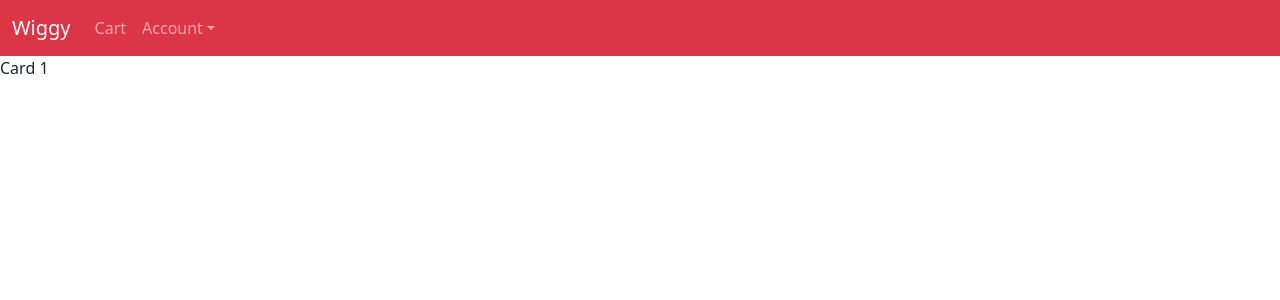
Repository: MohammadGulshan/wiggy
Page: / (app in client/)
An editor plug-in stored every save of this project. The page is shown before and after the next save, followed by the edit.
The browser window is 1280 px wide. The pictures show the whole page.
The project was rebuilt for these pictures with package versions that can differ from the ones it lists, and the page was loaded fresh each time. Also part of the build but not shown: client/src/App.css.

Above is the page before, as saved 2020-12-11 03:04:50.

### client/src/index.js
import React from 'react';
import ReactDOM from 'react-dom';
import App from './App';
import reportWebVitals from './reportWebVitals';

ReactDOM.render(
  <React.StrictMode>
    <App />
  </React.StrictMode>,
  document.getElementById('root')
);

// If you want to start measuring performance in your app, pass a function
// to log results (for example: reportWebVitals(console.log))
// or send to an analytics endpoint. Learn more: https://bit.ly/CRA-vitals
reportWebVitals();

### client/src/App.js
import 'bootstrap/dist/css/bootstrap.min.css';
import './App.css';

import AppNavbar from './components/AppNavbar';
import AppCards from './components/AppCards';

function App() {
  return (
    <div className="App">
      <AppNavbar />
      <AppCards />
    </div>
  );
}

export default App;

### client/src/components/AppNavbar.js
import React from "react";
import {
  Collapse,
  Navbar,
  NavbarToggler,
  NavbarBrand,
  Nav,
  NavItem,
  NavLink,
  UncontrolledDropdown,
  DropdownToggle,
  DropdownMenu,
  DropdownItem,
  NavbarText,
} from "reactstrap";

const AppNavbar = (props) => {
  let isOpen = false;
  const toggle = () => isOpen = !isOpen;
  return (
    <div>
      <Navbar color="danger" dark expand="md">
        <NavbarBrand href="/">Wiggy</NavbarBrand>
        <NavbarToggler onClick={toggle} />
        <Collapse isOpen={isOpen} navbar>
          <Nav className="ml-auto" navbar>
            <NavItem>
              <NavLink href="/cart">Cart</NavLink>
            </NavItem>
            <UncontrolledDropdown nav inNavbar>
              <DropdownToggle nav caret>
                Account
              </DropdownToggle>
              <DropdownMenu right>
                <DropdownItem>
                  Profile
                </DropdownItem>
                <DropdownItem>
                  Orders
                </DropdownItem>
                <DropdownItem divider />
                <DropdownItem>
                  Logout
                </DropdownItem>
              </DropdownMenu>
            </UncontrolledDropdown>
          </Nav>
        </Collapse>
      </Navbar>
    </div>
  );
};

export default AppNavbar;

### client/src/components/AppCards.js
import React from 'react';
import { CSSTransition, TransitionGroup } from 'react-transition-group';
import {v1 as uuid} from 'uuid';
import App from '../App';

const AppCards = () => {
    let state = {
        cards: [
            {id: uuid(), name: 'McDonalds'},
            {id: uuid(), name: 'KFC'},
            {id: uuid(), name: 'Domino\'s'},
            {id: uuid(), name: 'Pizza Hut'}
        ]
    }

    return (
        <div>
            Card 1
        </div>
    );
}

export default AppCards;

Loaded but not shown: client/public/index.html (common file); client/src/reportWebVitals.js (common file)

After the next save:
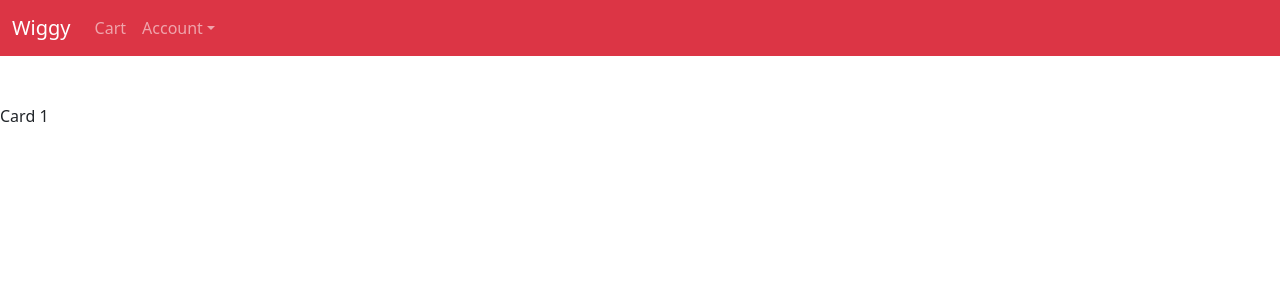
Saved 32 s later.
--- a/client/src/components/AppNavbar.js
+++ b/client/src/components/AppNavbar.js
@@ -19,7 +19,7 @@
   const toggle = () => isOpen = !isOpen;
   return (
     <div>
-      <Navbar color="danger" dark expand="md">
+      <Navbar color="danger" dark expand="md" className="mb-5">
         <NavbarBrand href="/">Wiggy</NavbarBrand>
         <NavbarToggler onClick={toggle} />
         <Collapse isOpen={isOpen} navbar>
